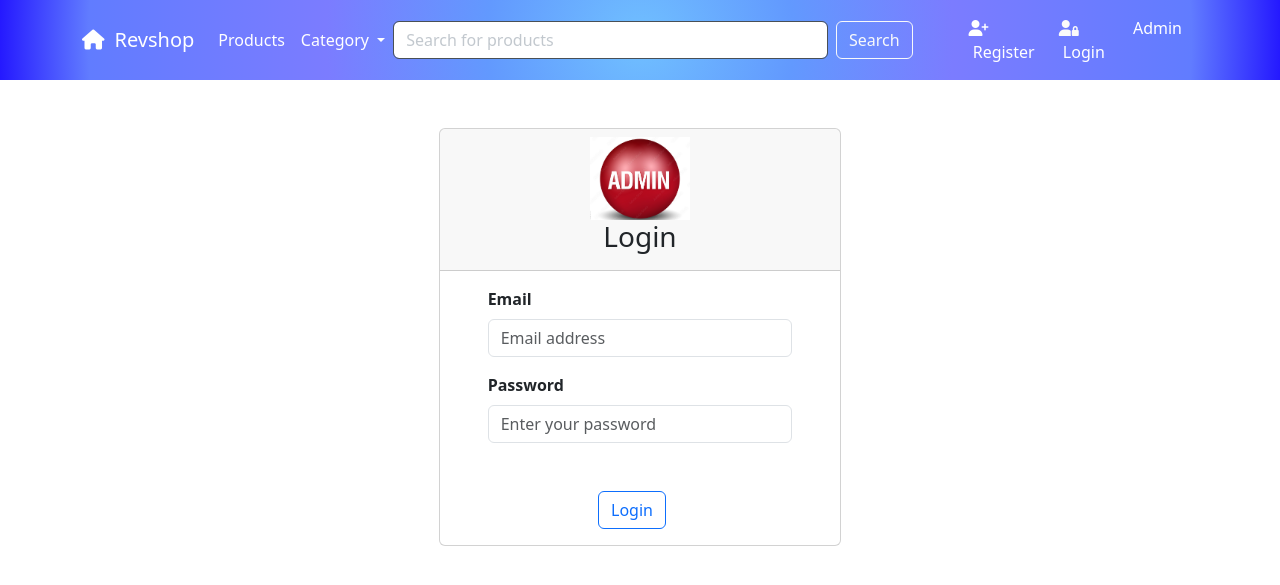
Repository: pratikp99/E-Commerce-Webapp-
Page: http://localhost/Revshop_WebApp/adminlogin.jsp
These files come from the project's save history. The page is drawn as it stood at one moment and after the next save; the edit follows.
The browser window is 1280 px wide. The pictures show the whole page.
The page is served by Tomcat 10. Other server files are loaded and not shown. Queries for data that is not in the repository find no rows.

Above is the page before, as saved 2024-08-30 08:32:31.

### Revshop WebApp/src/main/webapp/adminlogin.jsp
<%@ page language="java" contentType="text/html; charset=ISO-8859-1"
	pageEncoding="ISO-8859-1"%>
<!DOCTYPE html>
<html>
<head>
<meta charset="ISO-8859-1">
<title>Admin Login</title>
<%@include file="Components/common_css_js.jsp"%>
<style>
label {
	font-weight: bold;
}
</style>
</head>
<body>
	<!--navbar -->
	<%@include file="Components/navbar.jsp"%>

	<div class="container-fluid">
		<div class="row mt-5">
			<div class="col-md-4 offset-md-4">
				<div class="card">
					<div class="card-header px-5">
						<div class="container text-center">
							<img src="Images/admin.png" style="max-width: 100px;"
								class="img-fluid">
						</div>
						<h3 class="text-center">Login</h3>
						<%@include file="Components/alert_message.jsp"%>
					</div>
					<div class="card-body px-5">
						<!--login-form-->
						<form id="login-form" action="login" method="post">
							<input type="hidden" name="login" value="admin">

							<div class="mb-3">
								<label class="form-label">Email</label> <input type="email"
									name="email" placeholder="Email address" class="form-control"
									required>
							</div>
							<div class="mb-2">
								<label class="form-label">Password</label> <input
									type="password" name="password"
									placeholder="Enter your password" class="form-control" required>
							</div>

							<div id="login-btn" class="container text-center mt-5">
								<button type="submit" class="btn btn-outline-primary me-3">Login</button>
							</div>
						</form>
					</div>
				</div>
			</div>
		</div>
	</div>

</body>
</html>

### Revshop WebApp/src/main/webapp/Components/common_css_js.jsp
<!--CSS-->
<link href="https://cdn.jsdelivr.net/npm/bootstrap@5.3.0/dist/css/bootstrap.min.css" rel="stylesheet" integrity="sha384-9ndCyUaIbzAi2FUVXJi0CjmCapSmO7SnpJef0486qhLnuZ2cdeRhO02iuK6FUUVM" crossorigin="anonymous">
<!--font awesome-->
<!--<link rel="stylesheet" href="https://cdnjs.cloudflare.com/ajax/libs/font-awesome/4.7.0/css/font-awesome.min.css">
-->
<link rel="stylesheet" href="https://cdnjs.cloudflare.com/ajax/libs/font-awesome/6.4.0/css/all.min.css">
<link rel="stylesheet" href="CSS/style.css"/>


<!--JavaScript-->
<script src="https://cdn.jsdelivr.net/npm/bootstrap@5.3.0/dist/js/bootstrap.bundle.min.js" integrity="sha384-geWF76RCwLtnZ8qwWowPQNguL3RmwHVBC9FhGdlKrxdiJJigb/j/68SIy3Te4Bkz" crossorigin="anonymous"></script>
<script src="JS/script.js"></script>

<!--jQuery-->
<script src="https://code.jquery.com/jquery-3.7.0.min.js" integrity="sha256-2Pmvv0kuTBOenSvLm6bvfBSSHrUJ+3A7x6P5Ebd07/g=" crossorigin="anonymous"></script>
<!--sweet alert-->
<script src="https://unpkg.com/sweetalert/dist/sweetalert.min.js"></script>
<script src="https://cdn.jsdelivr.net/npm/sweetalert2@11"></script>

### Revshop WebApp/src/main/webapp/Components/navbar.jsp
<%@page import="com.revature.ecom.DAO.categoryDAO"%>
<%@page import="com.revature.ecom.Models.adminModel"%>
<%@page import="com.revature.ecom.Models.cartModel"%>
<%@page import="com.revature.ecom.DAO.cartDAO"%>
<%@page import="com.revature.ecom.Models.userModel"%>
<%@page import="java.util.List"%>
<%@page import="com.revature.ecom.Models.categoryModel"%>
<%@page import="com.revature.ecom.Utils.DatabaseUtil"%>
<%@page import="com.revature.ecom.DAO.categoryDAO"%>
<%
userModel user = (userModel) session.getAttribute("activeUser");
adminModel admin = (adminModel) session.getAttribute("activeAdmin");

categoryDAO catDao = new categoryDAO(DatabaseUtil.getConnection());
List<categoryModel> categoryList = catDao.getAllCategories();
%>
<style>
.navbar {
	font-weight: 500;
}

.nav-link {
	color: rgb(255 255 255/ 100%) !important;
}

.dropdown-menu {
	background-color: #ffffff !important;
	border-color: #949494;
}

.dropdown-menu li a:hover {
	background-color: #808080 !important;
	color: white;
}
</style>
<nav class="navbar navbar-expand-lg custom-color" data-bs-theme="dark">

	<!-- admin nav bar -->
	<%
	if (admin != null) {
	%>
	<div class="container">
		<a class="navbar-brand" href="admin.jsp"><i
			class="fa-sharp fa-solid fa-house" style="color: #ffffff;"></i>&ensp;Revshop</a>
		<button class="navbar-toggler" type="button" data-bs-toggle="collapse"
			data-bs-target="#navbarSupportedContent"
			aria-controls="navbarSupportedContent" aria-expanded="false"
			aria-label="Toggle navigation">
			<span class="navbar-toggler-icon"></span>
		</button>
		<div class="collapse navbar-collapse" id="navbarSupportedContent">

			<div class="container text-end">
				<ul class="navbar-nav justify-content-end">
					<li class="nav-item"><button type="button"
							class="btn nav-link" data-bs-toggle="modal"
							data-bs-target="#add-category"><i class="fa-solid fa-plus fa-xs"></i>Add Category</button></li>
					<li class="nav-item"><button type="button"
							class="btn nav-link" data-bs-toggle="modal"
							data-bs-target="#add-product"><i class="fa-solid fa-plus fa-xs"></i>Add Product</button></li>
					<li class="nav-item"><a class="nav-link" aria-current="page"
						href="admin.jsp"><%=admin.getName()%></a></li>
					<li class="nav-item"><a class="nav-link" aria-current="page"
						href="logout?user=admin"><i
							class="fa-solid fa-user-slash fa-sm" style="color: #fafafa;"></i>&nbsp;Logout</a></li>
				</ul>
			</div>
		</div>
	</div>
	<%
	} else {
	%>

	<!-- end -->

	<!-- for all -->
	<div class="container">
		<a class="navbar-brand" href="index.jsp"><i
			class="fa-sharp fa-solid fa-house" style="color: #ffffff;"></i>&ensp;Revshop</a>
		<button class="navbar-toggler" type="button" data-bs-toggle="collapse"
			data-bs-target="#navbarSupportedContent"
			aria-controls="navbarSupportedContent" aria-expanded="false"
			aria-label="Toggle navigation">
			<span class="navbar-toggler-icon"></span>
		</button>
		<div class="collapse navbar-collapse" id="navbarSupportedContent">
			<ul class="navbar-nav me-auto mb-2 mb-lg-0">
				<li class="nav-item"><a class="nav-link" href="products.jsp"
					role="button" aria-expanded="false"> Products </a>
				<li class="nav-item dropdown"><a
					class="nav-link dropdown-toggle" href="#" role="button"
					data-bs-toggle="dropdown" aria-expanded="false"> Category </a>
					<ul class="dropdown-menu">
						<li><a class="dropdown-item" href="products.jsp?category=0">All
								Products</a></li>
						<%
						for (categoryModel c : categoryList) {
						%>
						<li><a class="dropdown-item"
							href="products.jsp?category=<%=c.getCategoryId()%>"><%=c.getCategoryName()%></a></li>
						<%
						}
						%>
					</ul></li>
			</ul>
			<form class="d-flex pe-5" role="search" action="products.jsp"
				method="get">
				<input name="search" class="form-control me-2" size="50"
					type="search" placeholder="Search for products" aria-label="Search"
					style="background-color: white !important;">
				<button class="btn btn-outline-light" type="submit">Search</button>
			</form>

			<!-- when user is logged in -->
			<%
			if (user != null) {
				cartDAO cartDao = new cartDAO(DatabaseUtil.getConnection());
				int cartCount = cartDao.getCartCountByUserId(user.getUserId());
			%>
			<ul class="navbar-nav ml-auto">
				<li class="nav-item active pe-3"><a
					class="nav-link position-relative" aria-current="page"
					href="cart.jsp"><i class="fa-solid fa-cart-shopping"
						style="color: #ffffff;"></i> &nbsp;Cart<span
						class="position-absolute top-1 start-0 translate-middle badge rounded-pill bg-danger"><%=cartCount%></span></a></li>
				<li class="nav-item active pe-3"><a class="nav-link"
					aria-current="page" href="profile.jsp"><%=user.getUserName()%></a></li>
				<li class="nav-item pe-3"><a class="nav-link"
					aria-current="page" href="logout?user=user"><i
						class="fa-solid fa-user-slash" style="color: #fafafa;"></i>&nbsp;Logout</a></li>
			</ul>
			<%
			} else {
			%>
			<ul class="navbar-nav ml-auto">
				<li class="nav-item active pe-2"><a class="nav-link"
					aria-current="page" href="register.jsp"> <i
						class="fa-solid fa-user-plus" style="color: #ffffff;"></i>&nbsp;Register
				</a></li>
				<li class="nav-item pe-2"><a class="nav-link"
					aria-current="page" href="login.jsp"><i
						class="fa-solid fa-user-lock" style="color: #fafafa;"></i>&nbsp;Login</a></li>
				<li class="nav-item pe-2"><a class="nav-link"
					aria-current="page" href="adminlogin.jsp">&nbsp;Admin</a></li>
			</ul>

		</div>
	</div>
	<%
	}
	}
	%>
	<!-- end  -->
</nav>

### Revshop WebApp/src/main/webapp/Components/alert_message.jsp
<%@page import="com.revature.ecom.Models.messageModel"%>
<%
messageModel messg = (messageModel) session.getAttribute("message");
if (messg != null) {
%>
<div class="alert <%=messg.getCssClass()%>" role="alert" id="alert">
	<%=messg.getMessage()%>
</div>
<%
session.removeAttribute("message");
}
%>
<script type="text/javascript">
	setTimeout(function() {
		$('#alert').alert('close');
	}, 3000);
</script>

### Revshop WebApp/src/main/java/com/revature/ecom/DAO/categoryDAO.java
package com.revature.ecom.DAO;
import com.revature.ecom.Models.categoryModel;

import java.sql.Connection;
import java.sql.PreparedStatement;
import java.sql.ResultSet;
import java.sql.SQLException;
import java.sql.Statement;
import java.util.ArrayList;
import java.util.List;

public class categoryDAO {
	private Connection con;

	public categoryDAO(Connection con) {
		super();
		this.con = con;
	}

	public boolean saveCategory(categoryModel category) {
		boolean flag = false;

		try {
			String query = "insert into category(name, image) values(?, ?)";
			PreparedStatement psmt = this.con.prepareStatement(query);
			psmt.setString(1, category.getCategoryName());
			psmt.setString(2, category.getCategoryImage());

			psmt.executeUpdate();
			flag = true;

		} catch (SQLException e) {
			e.printStackTrace();
		}
		return flag;
	}

	public List<categoryModel> getAllCategories() {

		List<categoryModel> list = new ArrayList<>();
		try {

			String query = "select * from category";
			Statement statement = this.con.createStatement();

			ResultSet rs = statement.executeQuery(query);
			while (rs.next()) {
				categoryModel category = new categoryModel();
				category.setCategoryId(rs.getInt("cid"));
				category.setCategoryName(rs.getString("name"));
				category.setCategoryImage(rs.getString("image"));

				list.add(category);
			}
		} catch (Exception e) {
			e.printStackTrace();
		}

		return list;
	}
	public categoryModel getCategoryById(int cid) {
		categoryModel category = new categoryModel();
		try {
			String query = "select * from category where cid = ?";
			PreparedStatement psmt = this.con.prepareStatement(query);
			psmt.setInt(1, cid);
			ResultSet rs = psmt.executeQuery();
			while (rs.next()) {
				category.setCategoryId(rs.getInt("cid"));
				category.setCategoryName(rs.getString("name"));
				category.setCategoryImage(rs.getString("image"));
			}
		} catch (Exception e) {
			e.printStackTrace();
		}
		return category;
	}
	public String getCategoryName(int catId) {
		String category = "";
		try {
			String query = "select * from category where cid = ?";
			PreparedStatement psmt = this.con.prepareStatement(query);
			psmt.setInt(1, catId);
			ResultSet rs = psmt.executeQuery();
			while (rs.next()) {
				category = rs.getString("name");
			}

		} catch (Exception e) {
			e.printStackTrace();
		}
		return category;
	}

	public void updateCategory(categoryModel cat) {
		try {
			String query = "update category set name=?, image=? where cid=?";
			PreparedStatement psmt = this.con.prepareStatement(query);
			psmt.setString(1, cat.getCategoryName());
			psmt.setString(2, cat.getCategoryImage());
			psmt.setInt(3, cat.getCategoryId());

			psmt.executeUpdate();
		} catch (Exception e) {
			e.printStackTrace();
		}
	}

	public void deleteCategory(int cid) {
		try {
			String query = "delete from category where cid = ?";
			PreparedStatement psmt = this.con.prepareStatement(query);
			psmt.setInt(1, cid);

			psmt.executeUpdate();

		} catch (Exception e) {
			e.printStackTrace();
		}
	}
	public int categoryCount() {
		int count = 0;
		try {
			String query = "select count(*) from category";
			Statement stmt = con.createStatement();
			ResultSet rs = stmt.executeQuery(query);
			rs.next();
			count = rs.getInt(1);
		} catch (Exception e) {
			e.printStackTrace();
		}
		return count;
	}
}

### Revshop WebApp/src/main/java/com/revature/ecom/Utils/DatabaseUtil.java
package com.revature.ecom.Utils;

import java.io.IOException;
import java.io.InputStream;
import java.sql.Connection;
import java.sql.DriverManager;
import java.sql.SQLException;
import java.util.Properties;

public class DatabaseUtil {
    private static Connection conn;

    public static Connection getConnection() throws ClassNotFoundException {
        if (conn == null) {
            try {
                Properties props = new Properties();
                InputStream inputStream = DatabaseUtil.class.getClassLoader().getResourceAsStream("utils.properties");
                props.load(inputStream);

                String url = props.getProperty("db.url");
                String username = props.getProperty("db.username");
                String password = props.getProperty("db.password");

                try {
                    Class.forName("com.mysql.cj.jdbc.Driver");
                } catch (ClassNotFoundException e) {
                    throw new RuntimeException("Error loading MySQL JDBC driver", e);
                }

                conn = DriverManager.getConnection(url, username, password);
            } catch (IOException | SQLException e) {
                throw new RuntimeException("Error establishing database connection", e);
            }
        }
        return conn;
    }
}

### Revshop WebApp/src/main/webapp/CSS/style.css
.custom-color {
	/*background: linear-gradient(90deg, rgba(198,245,255,1) 0%, rgba(137,182,254,1) 28%, rgba(123,124,255,1) 58%, rgba(105,97,255,1) 87%, rgba(36,24,255,1) 100%);
*/
	background: radial-gradient(circle, rgba(112, 192, 255, 1) 0%, rgba(98, 153, 254, 1) 24%, rgba(123, 124, 255, 1) 49%, rgba(97, 124, 255, 1) 86%, rgba(36, 24, 255, 1) 100%);
}

Loaded but not shown: Revshop WebApp/src/main/webapp/JS/script.js (common file)

After the next save:
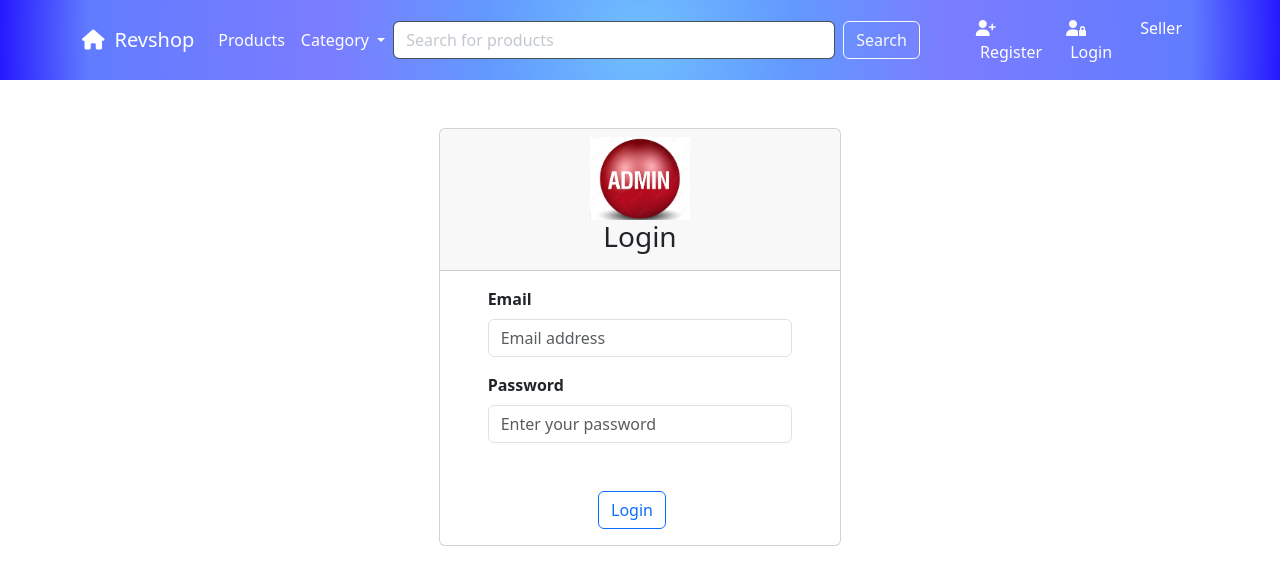
Saved 100 s later.
--- a/Revshop WebApp/src/main/webapp/Components/navbar.jsp
+++ b/Revshop WebApp/src/main/webapp/Components/navbar.jsp
@@ -141,7 +141,7 @@ List<categoryModel> categoryList = catDao.getAllCategories();
 					aria-current="page" href="login.jsp"><i
 						class="fa-solid fa-user-lock" style="color: #fafafa;"></i>&nbsp;Login</a></li>
 				<li class="nav-item pe-2"><a class="nav-link"
-					aria-current="page" href="adminlogin.jsp">&nbsp;Admin</a></li>
+					aria-current="page" href="adminlogin.jsp">&nbsp;Seller</a></li>
 			</ul>
 
 		</div>
